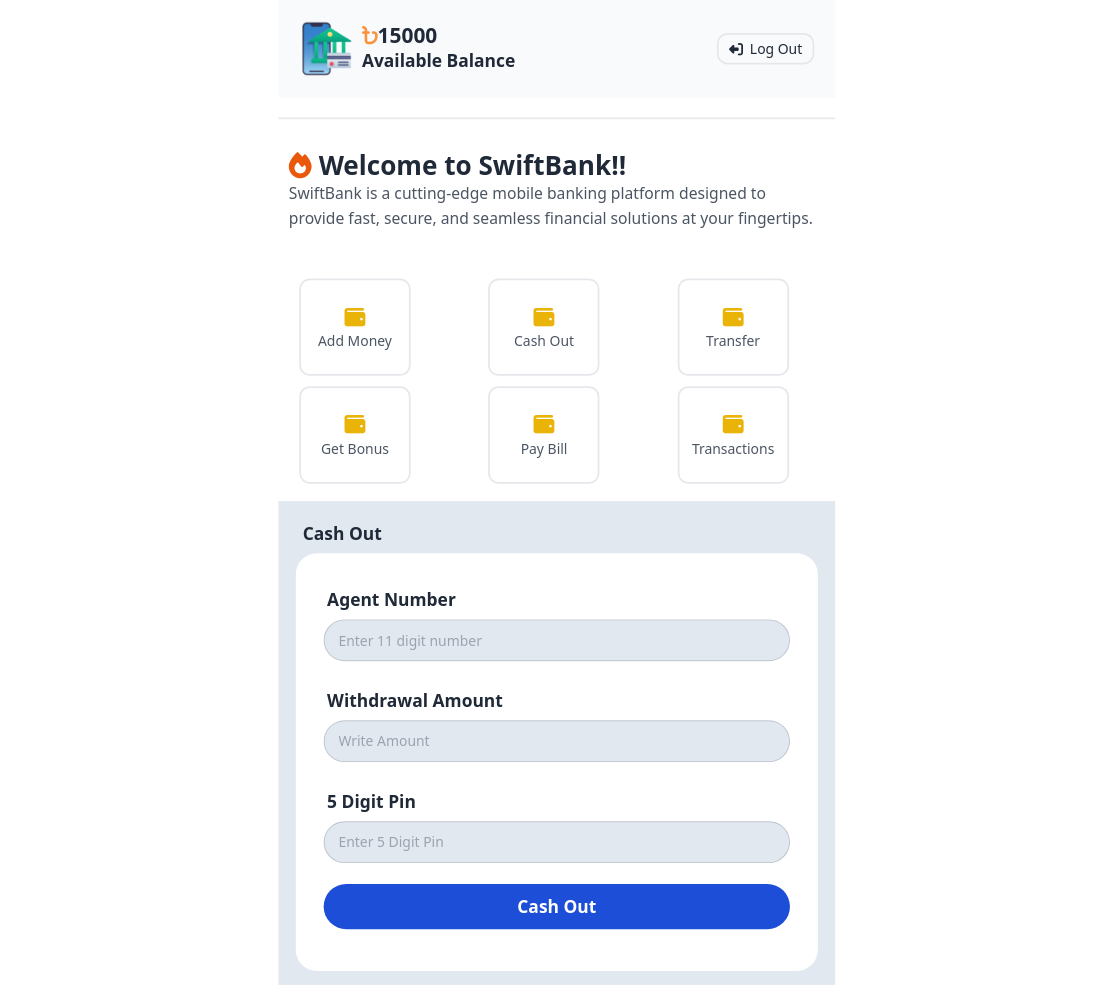
Repository: mukaddam-coder/swift-bank-mobile-banking
Page: home.html
The author's editor kept a copy of each file at every save. The page is drawn from the files as they stood at one save, then again after the next save.
The browser window is 1280 px wide. The pictures show the whole page, at 87% of full size.
Some web libraries are served in a nearby version.

Above is the page before, as saved 2024-12-13 18:33:10.
Console error: TypeError: Cannot read properties of null (reading 'addEventListener')

After the next save:
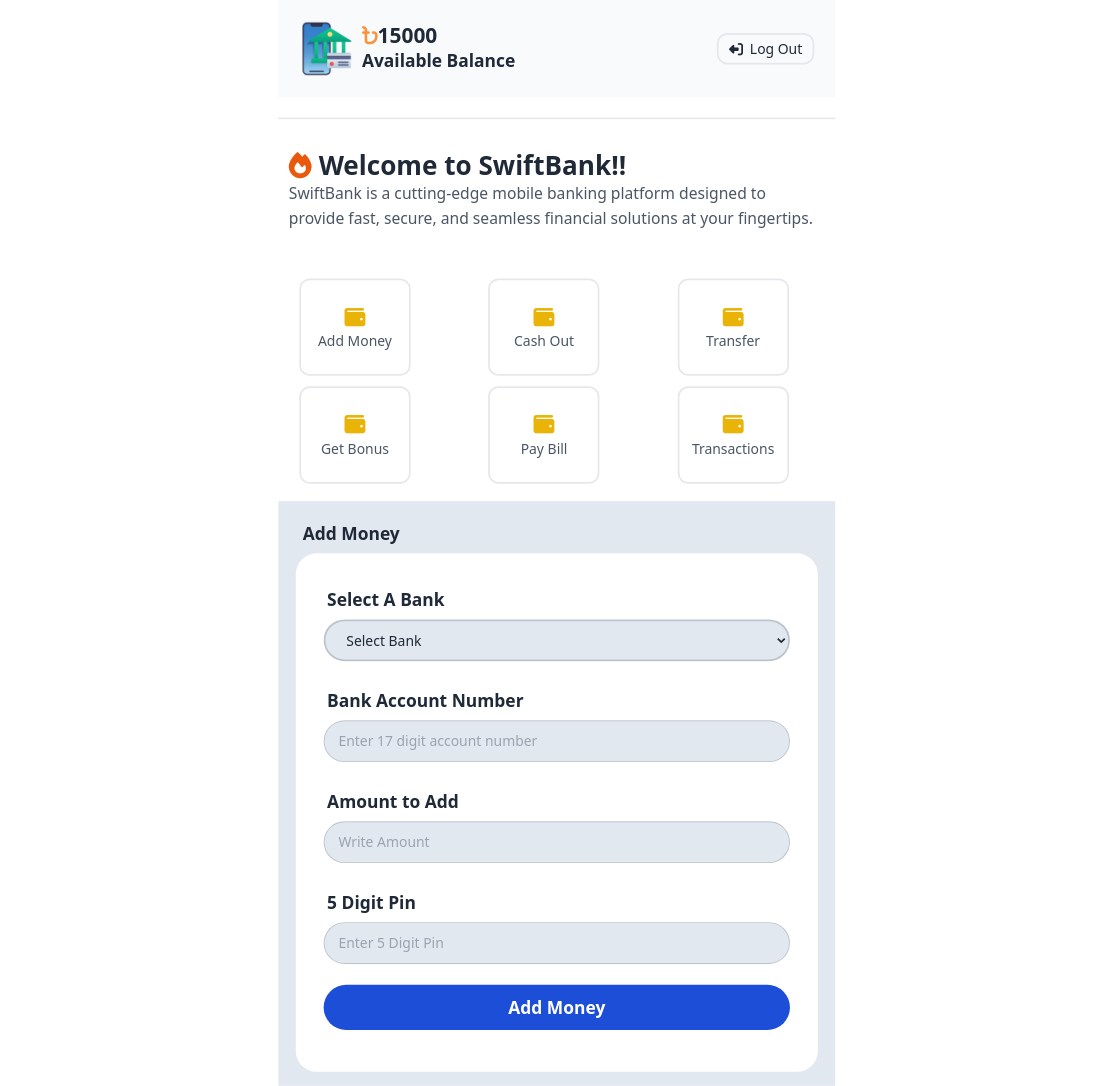
Saved 2 min 20 s later.
--- a/home.html
+++ b/home.html
@@ -96,7 +96,7 @@
     </div>
       </section>
       <!-- Add Money Section Start -->
-      <section id="add-money-section" class=" hidden w-1/2 mx-auto px-5 py-4 bg-slate-200">
+      <section id="add-money-section" class="w-1/2 mx-auto px-5 py-4 bg-slate-200">
         <h2 class="p-2 font-bold text-xl">Add Money</h2>
         <form class="card-body bg-white rounded-3xl">
             <div class="form-control mb-4">
@@ -145,7 +145,7 @@
       <!-- Add Money Section End -->
 
       <!-- Cash Out Section Start -->
-      <section id="cash-out-section" class="w-1/2 mx-auto px-5 py-4 bg-slate-200">
+      <section id="cash-out-section" class=" hidden w-1/2 mx-auto px-5 py-4 bg-slate-200">
         <h2 class="p-2 font-bold text-xl">Cash Out</h2>
         <form class="card-body bg-white rounded-3xl">
             <div class="form-control mb-4">
